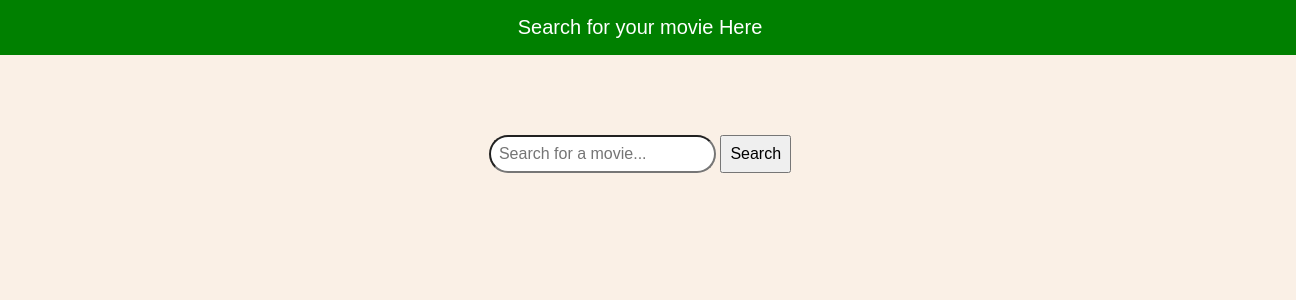
Repository: Femi007-gh/movie-API
Page: index.html
The author's editor kept a copy of each file at every save. The page is drawn from the files as they stood at one save, then again after a run of saves.
The browser window is 1280 px wide. The page is 1296 px wide, so the pictures cover 1296 px, including what lies to the right of the window. The pictures show the whole page.

Above is the page before, as saved 2025-05-09 08:40:58.

After the next 2 saves:
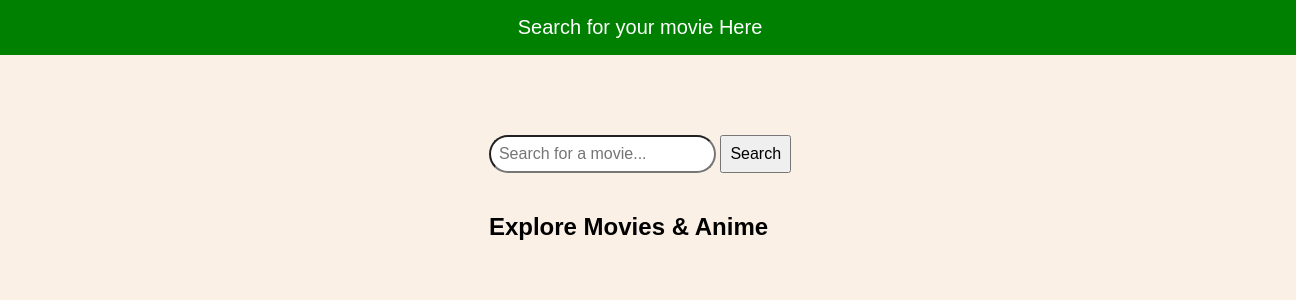
The 2 saves are shown as one change because they came seconds apart.
The last was saved 3 min 0 s later.
--- a/index.html
+++ b/index.html
@@ -1,6 +1,6 @@
 <html>
   <head>
-    <title></title>
+    <title>Movie Search</title>
     <link rel="stylesheet" href="style.css">
   </head>
   <body>
@@ -8,7 +8,10 @@
     <main>
       <input type="text" id="searchInput" placeholder="Search for a movie...">
       <button>Search</button>
-      <div id="MoviesGrid"></div>
+
+      <div id="SearchResult"></div> <!-- Where searched result shows -->
+      <h2 style="margin-top: 40px;">Explore Movies & Anime</h2>
+      <div id="MoviesGrid" class="grid-container"></div> <!-- Posters go here -->
     </main>
     <script src="script.js"></script>
   </body>
